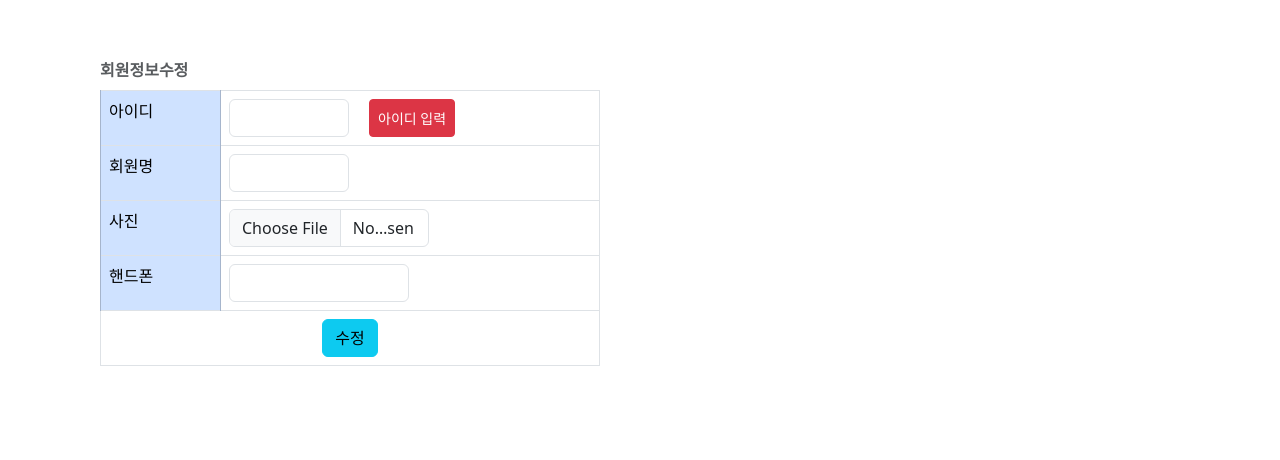
Repository: JunbroGit/SistProject
Page: http://localhost/jsaAjaxProject/mem_gaip/updateForm.jsp
An editor plug-in stored every save of this project. The page is shown before and after a run of saves, followed by the edit.
The browser window is 1280 px wide. The pictures show the whole page.
Some web fonts or font styles are not loaded; a fallback is used. The page is served by Tomcat 9. Other server files are loaded and not shown.

Above is the page before, as saved 2024-03-19 00:18:22.

### jspwork/jsaAjaxProject/src/main/webapp/mem_gaip/updateForm.jsp
<%@ page language="java" contentType="text/html; charset=UTF-8"
    pageEncoding="UTF-8"%>
<!DOCTYPE html>
<html>
<head>
<meta charset="UTF-8">
<link href="https://cdn.jsdelivr.net/npm/bootstrap@5.3.2/dist/css/bootstrap.min.css" rel="stylesheet">
<link href="https://fonts.googleapis.com/css2?family=Dongle&family=Gaegu&family=Nanum+Myeongjo&family=Nanum+Pen+Script&family=Noto+Sans+KR:wght@100..900&display=swap" rel="stylesheet">
<script src="https://code.jquery.com/jquery-3.7.0.js"></script>
<title>Insert title here</title>
<%
	String m_num=request.getParameter("m_num");
%>
<script type="text/javascript">
	function openId(){
		window.open("idSearch.jsp", "idcheck",  "left=100,top=100,width=400,height=200");
	}

	$(function(){

		$("#btnupdate").click(function(){
			if(mfrm.m_id.value.length==0){
				alert("아이디 입력버튼을 눌러유");
				return false; //form action호출 안됨
			}
		})
	})
</script>
</head>
<body>
<div style="margin: 50px 100px; width: 500px;">
	<form action="updateMember.jsp" method="post">
	<input type="hidden" name="m_num" value="<%=m_num%>">
		<table class="table table-bordered">
			<caption align="top"><b>회원정보수정</b></caption>
			<tr>
				<td width="120" class="table-primary">아이디</td>
				<td>
					<div class="d-inline-flex">
						<input type="text" class="form-control" style="width: 120px;" name="m_id" readonly="readonly">
						<button type="button" class="btn btn-danger btn-sm" style="margin-left: 20px;" onclick="openId()">아이디 입력</button>
					</div>
				</td>
			</tr>
			<tr>
				<td width="120" class="table-primary">회원명</td>
				<td>
					<input type="text" class="form-control" style="width: 120px;" name="m_name" required="required">
				</td>
			</tr>
			<tr>
				<td width="120" class="table-primary">사진</td>
				<td>
					<input type="file" class="form-control" style="width: 200px;" name="m_photo">
				</td>
			</tr>
			<tr>
				<td width="120" class="table-primary">핸드폰</td>
				<td>
					<input type="text" class="form-control" style="width: 180px;" name="m_hp" required="required">
				</td>
			</tr>
			<tr>
				<td colspan="2" align="center">
					<button type="submit" class="btn btn-info" id="btnupdate">수정</button>
				</td>
			</tr>
		</table>
	</form>
</div>
</body>
</html>

After the next 2 saves:
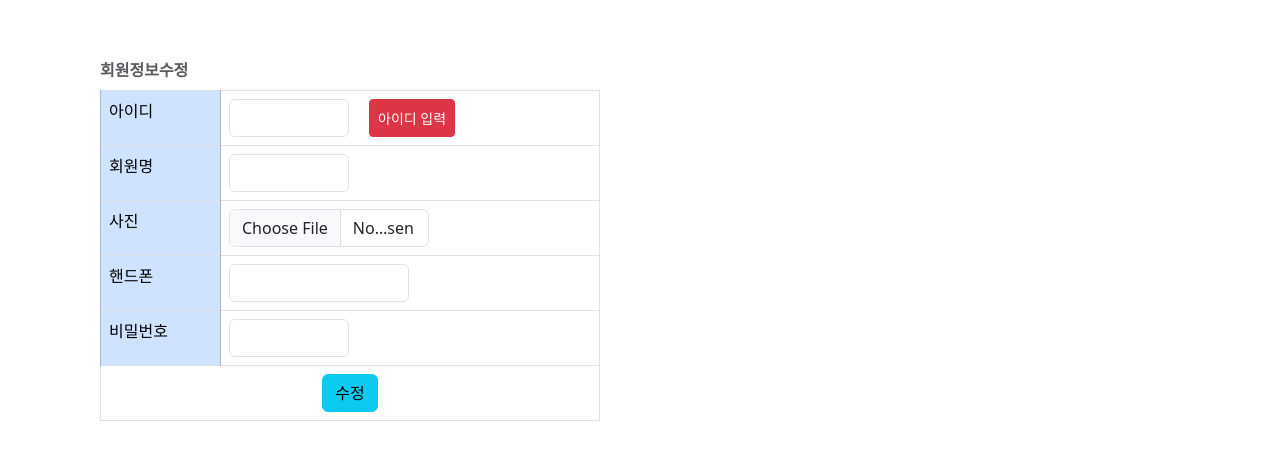
The 2 saves are shown as one change because 1 did not build or start.
The last was saved 8 min 19 s later.
--- a/jspwork/jsaAjaxProject/src/main/webapp/mem_gaip/updateForm.jsp
+++ b/jspwork/jsaAjaxProject/src/main/webapp/mem_gaip/updateForm.jsp
@@ -61,6 +61,12 @@
 				</td>
 			</tr>
 			<tr>
+				<td width="120" class="table-primary">비밀번호</td>
+				<td>
+					<input type="password" class="form-control" style="width: 120px;" name="m_pass" required="required">
+				</td>
+			</tr>
+			<tr>
 				<td colspan="2" align="center">
 					<button type="submit" class="btn btn-info" id="btnupdate">수정</button>
 				</td>
